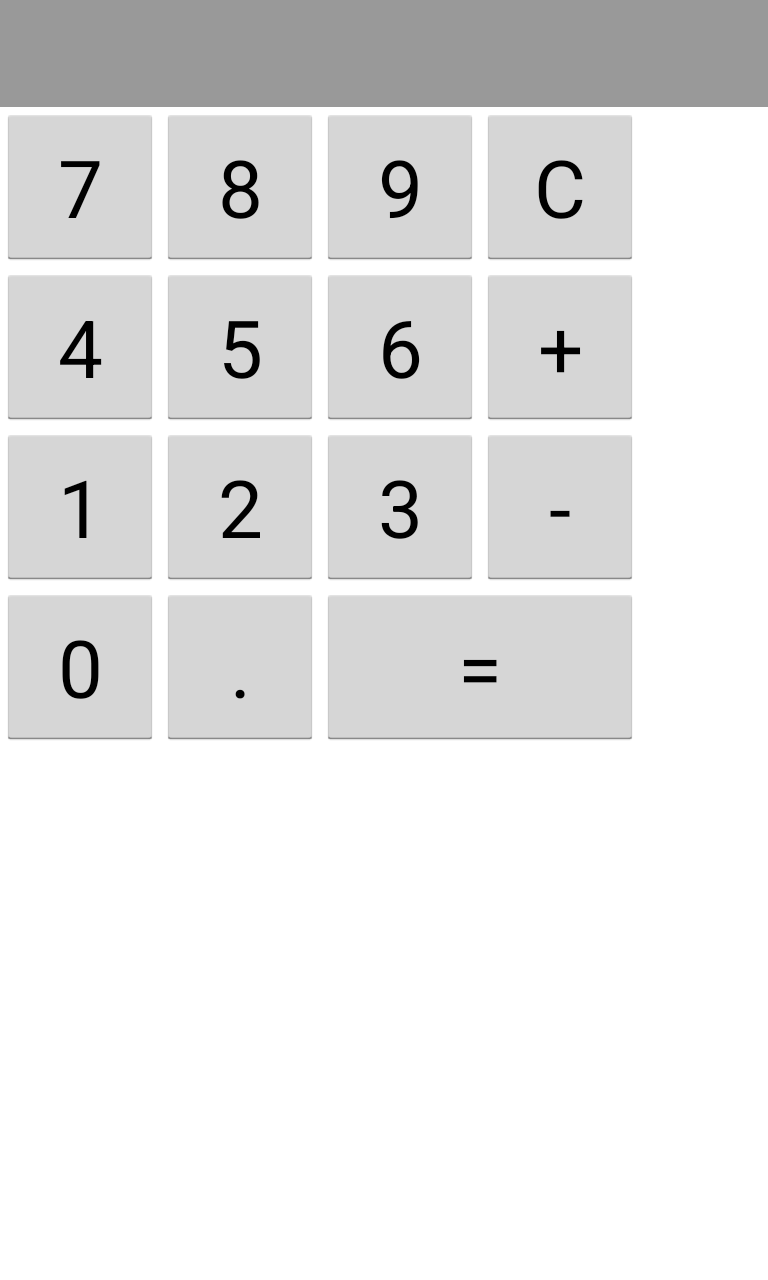
Repository: hirokuni/workspace_calc
Layout: Calculator/res/layout/activity_main.xml
These files come from the project's save history. The layout is drawn as it stood at one moment and after the next save; the edit follows.
It is drawn on a 768 x 1280 px phone screen (xhdpi) without system bars, with theme AppTheme; the app's code is not run.

Above is the layout before, as saved 2014-01-27 11:31:22.

### Calculator/res/layout/activity_main.xml
<LinearLayout xmlns:android="http://schemas.android.com/apk/res/android"
    android:orientation="vertical"
    android:layout_width="fill_parent"
    android:layout_height="fill_parent"
    >
 <TextView
 android:id="@+id/display"
     android:layout_width="fill_parent"
     android:layout_height="wrap_content"
     android:text=""
     android:textSize="40dip"
     android:textColor="#f39800"
     android:gravity="right"
     android:background="#999999"
    />
    <LinearLayout
     android:orientation="horizontal"
     android:layout_width="fill_parent"
     android:layout_height="wrap_content"
        >
 <Button
 android:id="@+id/button7"
 android:text="7"
 android:textSize="40dip"
 android:layout_width="80dip"
 android:layout_height="80dip">
 </Button>
 <Button
 android:id="@+id/button8"
 android:text="8"
 android:textSize="40dip"
 android:layout_width="80dip"
 android:layout_height="80dip">
 </Button>
 <Button
 android:id="@+id/button9"
 android:text="9"
 android:textSize="40dip"
 android:layout_width="80dip"
 android:layout_height="80dip">
 </Button>
 <Button
 android:id="@+id/buttonClear"
 android:text="C"
 android:textSize="40dip"
 android:layout_width="80dip"
 android:layout_height="80dip">
 </Button>
    </LinearLayout>
    <LinearLayout
     android:orientation="horizontal"
     android:layout_width="fill_parent"
     android:layout_height="wrap_content"
        >
 <Button
 android:id="@+id/button4"
 android:text="4"
 android:textSize="40dip"
 android:layout_width="80dip"
 android:layout_height="80dip">
 </Button>
 <Button
 android:id="@+id/button5"
 android:text="5"
 android:textSize="40dip"
 android:layout_width="80dip"
 android:layout_height="80dip">
 </Button>
 <Button
 android:id="@+id/button6"
 android:text="6"
 android:textSize="40dip"
 android:layout_width="80dip"
 android:layout_height="80dip">
 </Button>
 <Button
 android:id="@+id/buttonPlus"
 android:text="+"
 android:textSize="40dip"
 android:layout_width="80dip"
 android:layout_height="80dip">
 </Button>
    </LinearLayout>
     <LinearLayout
     android:orientation="horizontal"
     android:layout_width="fill_parent"
     android:layout_height="wrap_content"
        >
 <Button
 android:id="@+id/button1"
 android:text="1"
 android:textSize="40dip"
 android:layout_width="80dip"
 android:layout_height="80dip">
 </Button>
 <Button
 android:id="@+id/button2"
 android:text="2"
 android:textSize="40dip"
 android:layout_width="80dip"
 android:layout_height="80dip">
 </Button>
 <Button
 android:id="@+id/button3"
 android:text="3"
 android:textSize="40dip"
 android:layout_width="80dip"
 android:layout_height="80dip">
 </Button>
 <Button
 android:id="@+id/buttonMinus"
 android:text="-"
 android:textSize="40dip"
 android:layout_width="80dip"
 android:layout_height="80dip">
 </Button>
    </LinearLayout>
    <LinearLayout
     android:orientation="horizontal"
     android:layout_width="fill_parent"
     android:layout_height="wrap_content"
        >
 <Button
 android:id="@+id/button0"
 android:text="0"
 android:textSize="40dip"
 android:layout_width="80dip"
 android:layout_height="80dip">
 </Button>
 <Button
 android:id="@+id/buttonTen"
 android:text="."
 android:textSize="40dip"
 android:layout_width="80dip"
 android:layout_height="80dip">
 </Button>
 <Button
 android:id="@+id/buttonEqual"
 android:text="="
 android:textSize="40dip"
 android:layout_width="160dip"
 android:layout_height="80dip">
 </Button>
    </LinearLayout>

</LinearLayout>

Loaded but not shown: Calculator/res/values/styles.xml (common file); Calculator/res/values-v11/styles.xml (common file); Calculator/res/values-v14/styles.xml (common file)

After the next save:
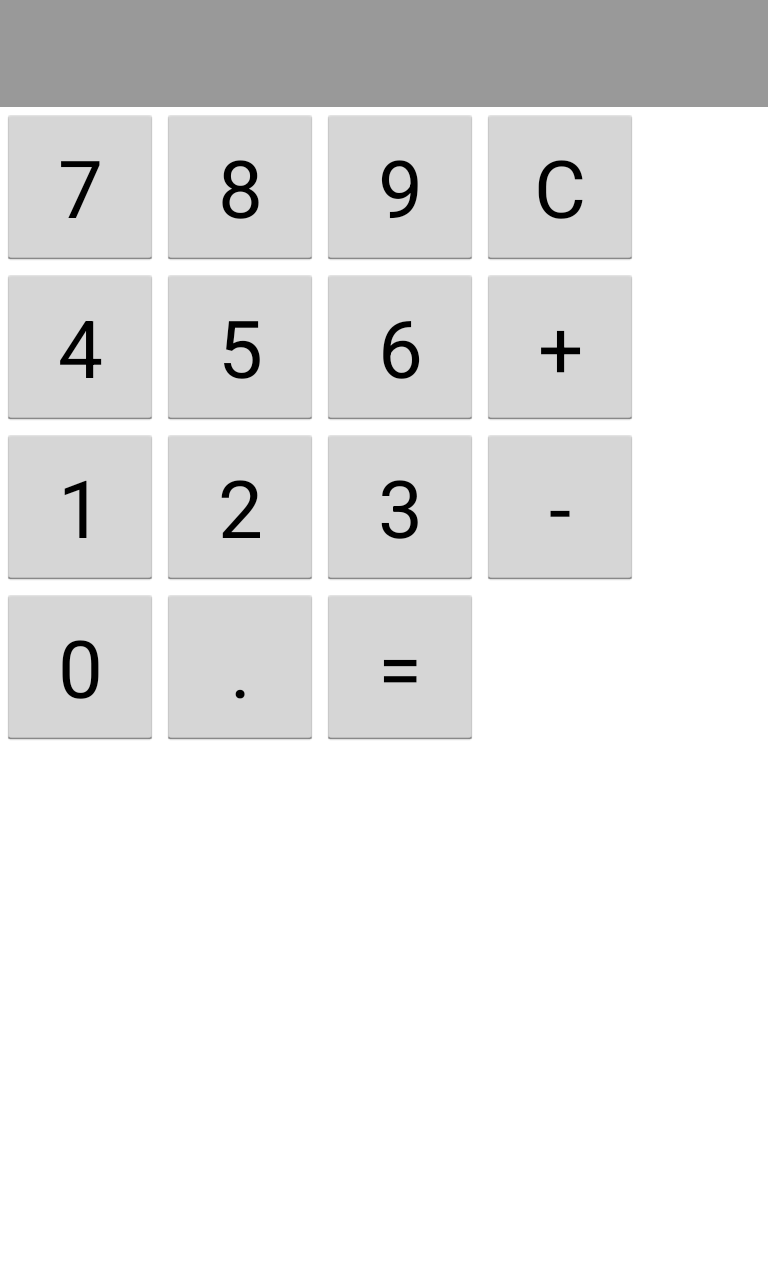
Saved 76 min 23 s later.
--- a/Calculator/res/layout/activity_main.xml
+++ b/Calculator/res/layout/activity_main.xml
@@ -138,7 +138,7 @@
  android:id="@+id/buttonEqual"
  android:text="="
  android:textSize="40dip"
- android:layout_width="160dip"
+ android:layout_width="80dip"
  android:layout_height="80dip">
  </Button>
     </LinearLayout>
